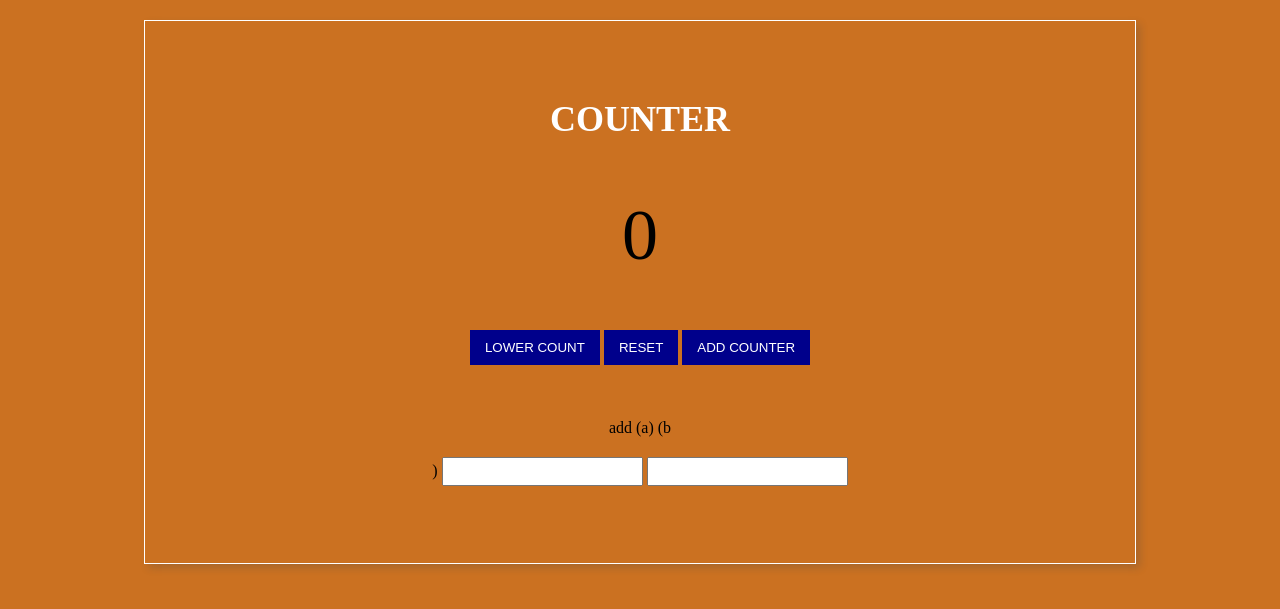
Repository: lusine-tech/counter
Page: index.html
The author's editor kept a copy of each file at every save. The page is drawn from the files as they stood at one save, then again after the next save.
The browser window is 1280 px wide. The pictures show the whole page.

Above is the page before, as saved 2022-02-14 23:26:04.

After the next save:
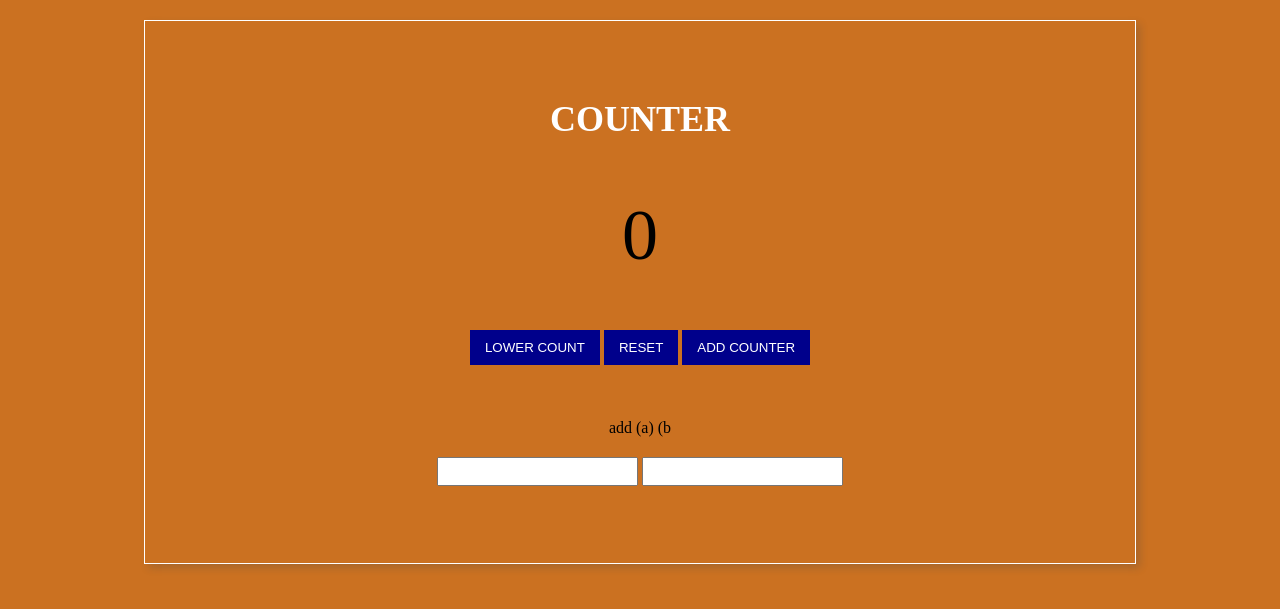
Saved 57 s later.
--- a/index.html
+++ b/index.html
@@ -21,7 +21,7 @@
             </div>
             <div class="inputs">
                 <div class="sum">add (<span class="left-input">a</span>)
-                    (<span class="right-input">b</span></div>)
+                    (<span class="right-input">b</span></div>
                 <input type="number" class="left-number">
                 <input type="number" class="right-number">
             </div>
